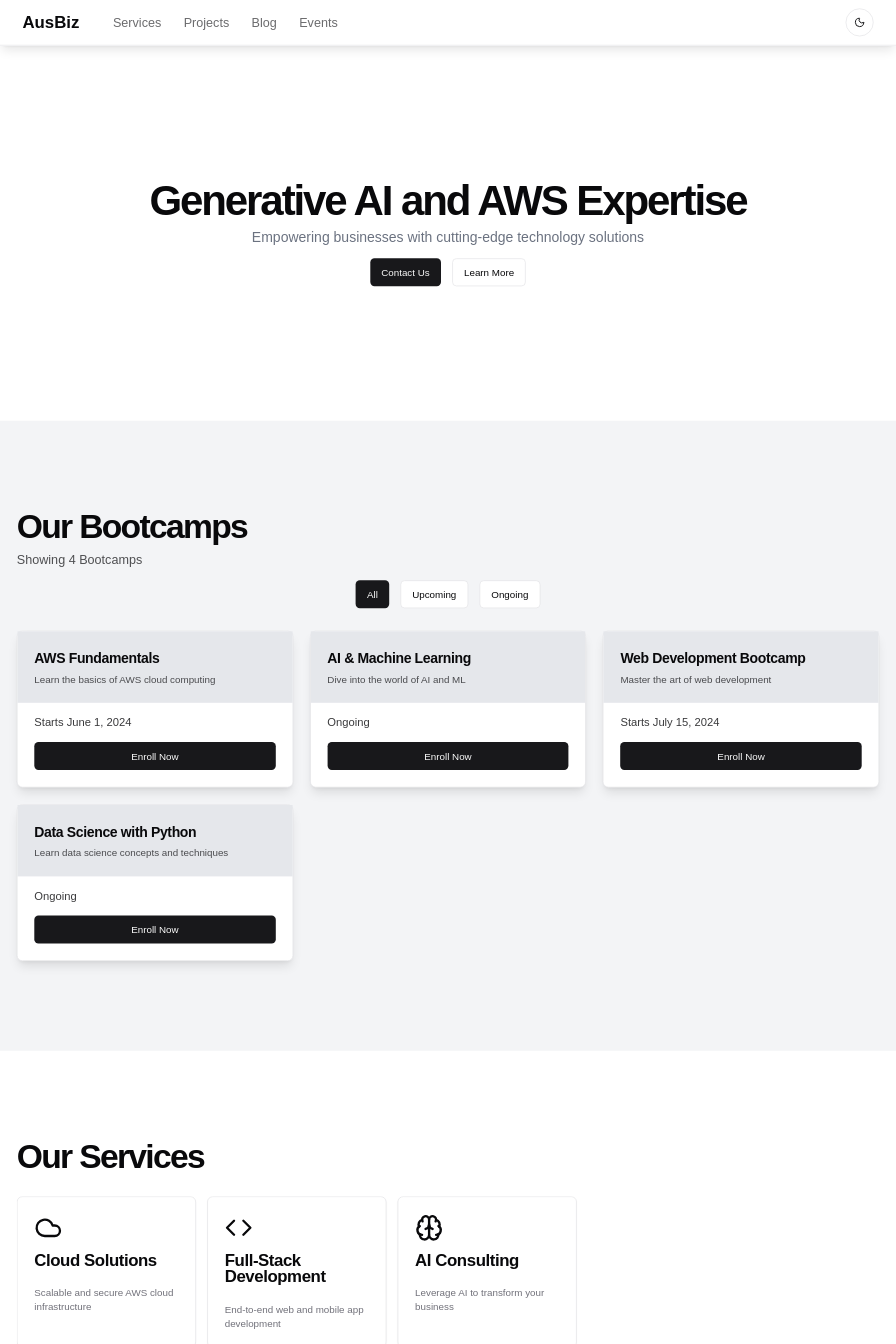
Repository: DiwanMalla/ausbizdemo1
Page: /
An editor plug-in stored every save of this project. The page is shown before and after the next save, followed by the edit.
The browser window is 1280 px wide. The pictures show the part of the page from y = 0 to 1920 px (the page is 5779 px tall), at 70% of full size.
The project was rebuilt for these pictures with package versions that can differ from the ones it lists, and the page was loaded fresh each time. The framework's server and built-in components were replaced by stand-ins that run in the browser. Also part of the build but not shown: next.config.ts.

Above is the page before, as saved 2024-11-09 18:34:30.

After the next save:
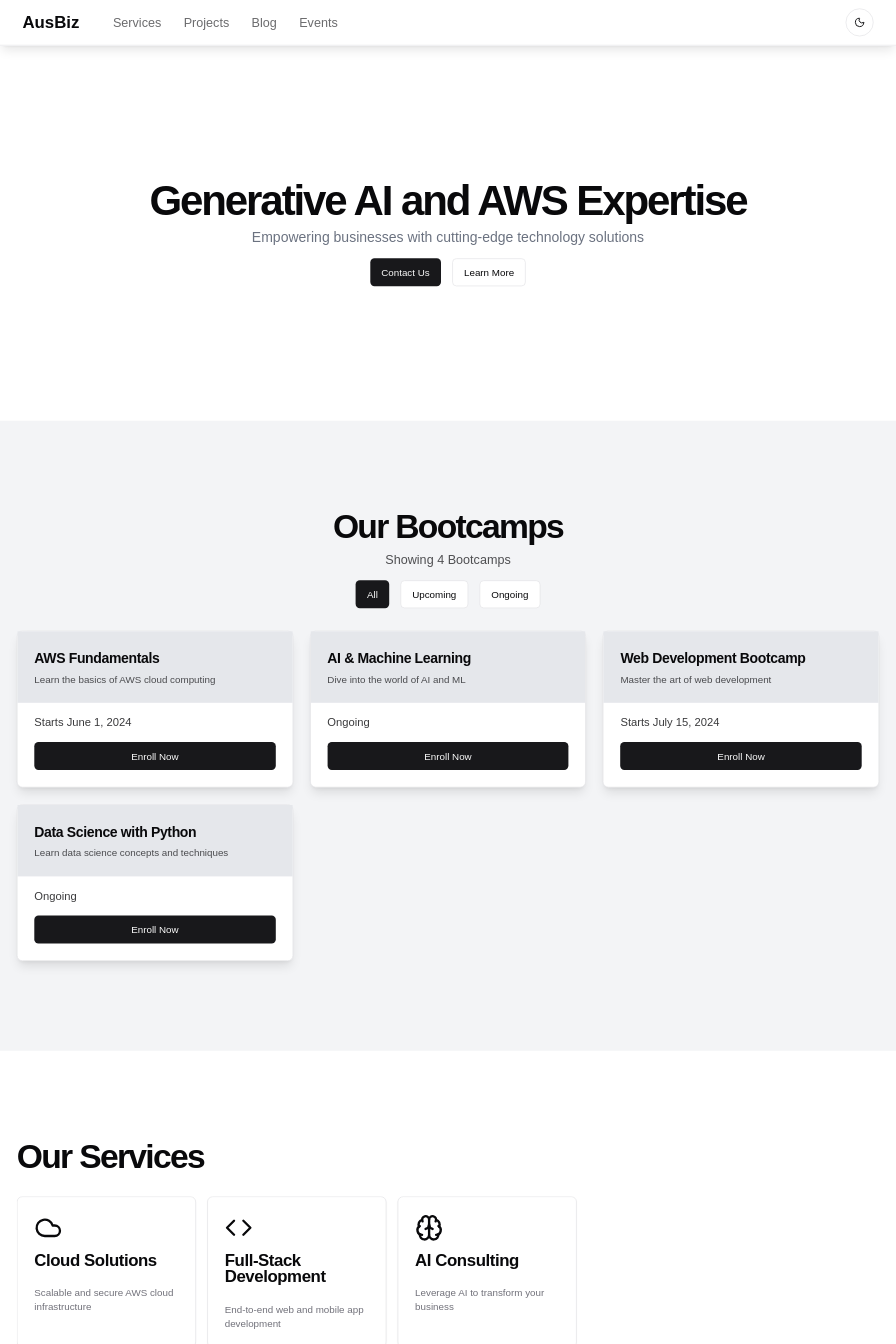
Saved 60 s later.
--- a/components/Bootcamp.tsx
+++ b/components/Bootcamp.tsx
@@ -46,17 +46,17 @@ export default function BootcampSection() {
 
   return (
     <section className="w-full py-12 md:py-24 lg:py-32 bg-gray-100 dark:bg-gray-800">
-      <div className="container px-4 md:px-6">
-        <h2 className="text-3xl font-bold tracking-tighter sm:text-4xl md:text-5xl text-foreground">
+      <div className="container mx-auto px-4 md:px-6">
+        <h2 className="text-3xl font-bold tracking-tighter sm:text-4xl md:text-5xl text-foreground text-center">
           Our Bootcamps
         </h2>
         {/* Bootcamp count display */}
-        <p className="mt-2 text-lg text-foreground/70">
+        <p className="mt-2 text-lg text-foreground/70 text-center">
           Showing {filteredBootcamps.length} Bootcamp
           {filteredBootcamps.length > 1 ? "s" : ""}
         </p>
 
-        <div className="mt-4 flex space-x-4 justify-center">
+        <div className="mt-4 flex justify-center space-x-4">
           <Button
             variant={filter === "all" ? "default" : "outline"}
             onClick={() => setFilter("all")}
